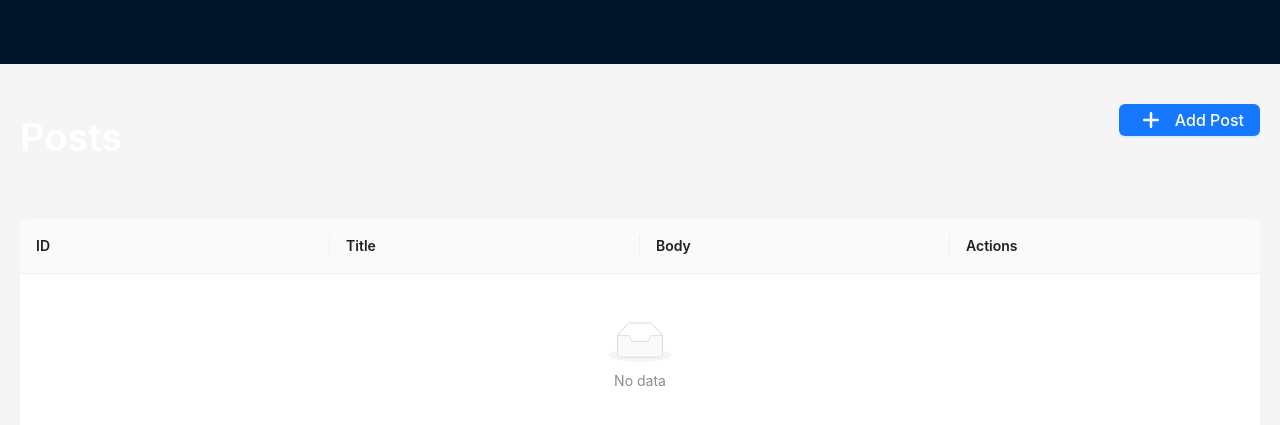
Repository: yasserrrz/Denamo-posts
Page: /
These files come from the project's save history. The page is drawn as it stood at one moment and after the next save; the edit follows.
The browser window is 1280 px wide. The pictures show the whole page.
The page's requests for data from a server got no answer. The project was rebuilt for these pictures with package versions that can differ from the ones it lists, and the page was loaded fresh each time. No one was signed in, and anything a server would have sent is missing. Also part of the build but not shown: src/components/PostForm.tsx.

Above is the page before, as saved 2024-11-28 16:01:02.

After the next save:
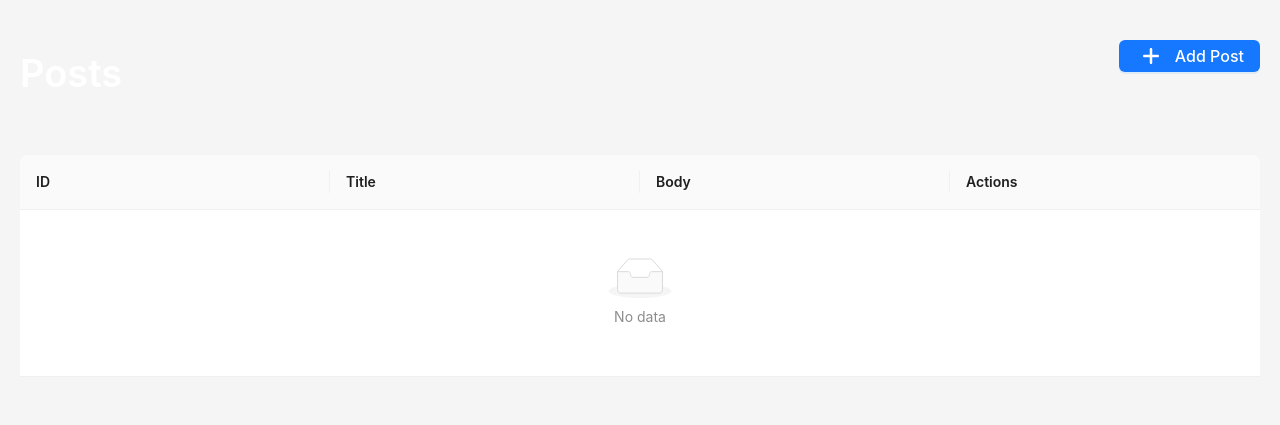
Saved 14 s later.
--- a/src/App.tsx
+++ b/src/App.tsx
@@ -13,9 +13,7 @@
   const [isModalOpen, setIsModalOpen] = useState(false);
   return (<>
     <Layout style={{ minHeight: '100vh' }}>
-      <Header  style={{ color: 'white', textAlign: 'center'   }}>
 
-      </Header>
 
       <Content style={{ padding: '20px' }}>
          <div style={{marginTop: '20px ' , marginBottom: '20px' , display: 'flex', justifyContent: 'space-between' }}>

After the save that followed:
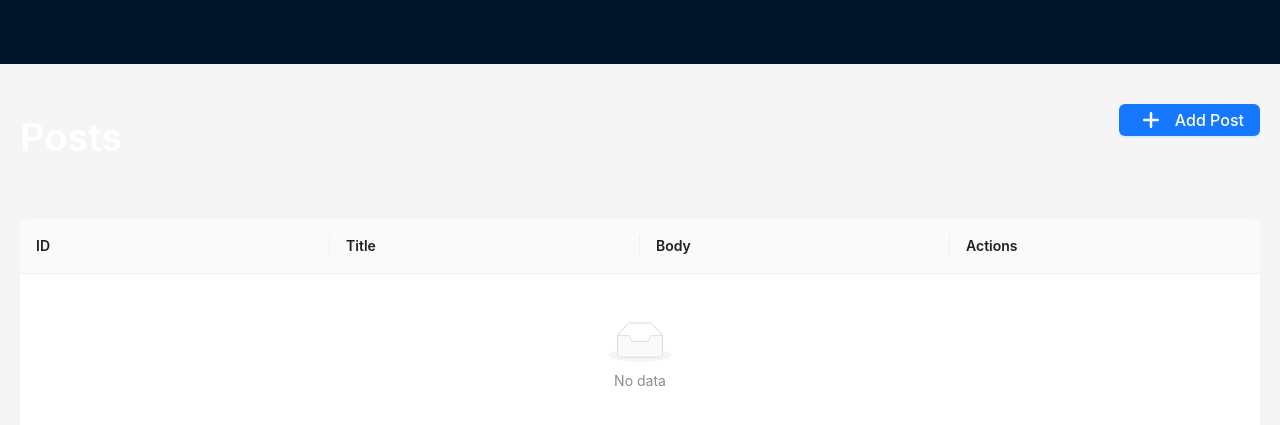
Saved 6 s later.
--- a/src/App.tsx
+++ b/src/App.tsx
@@ -13,7 +13,9 @@
   const [isModalOpen, setIsModalOpen] = useState(false);
   return (<>
     <Layout style={{ minHeight: '100vh' }}>
+      <Header  style={{ color: 'white', textAlign: 'center'   }}>
 
+      </Header>
 
       <Content style={{ padding: '20px' }}>
          <div style={{marginTop: '20px ' , marginBottom: '20px' , display: 'flex', justifyContent: 'space-between' }}>
